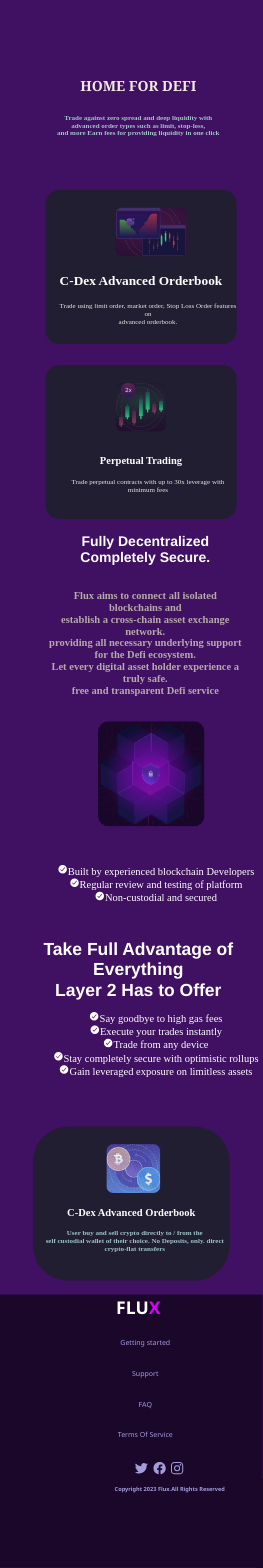
Repository: Tobby004/Flux-figma
Page: index.html
An editor plug-in stored every save of this project. The page is shown before and after the next save, followed by the edit.
The browser window is 375 px wide. The pictures show the part of the page from y = 428 to 2668 px (the page is 2668 px tall before and 2636 px after), at 70% of full size.

Above is the page before, as saved 2023-04-30 10:07:07.

### index.html
<!DOCTYPE html>
<html lang="en">
<head>
    <meta charset="UTF-8">
    <meta http-equiv="X-UA-Compatible" content="IE=edge">
    <meta name="viewport" content="width=device-width, initial-scale=1.0">
    <title>Flux Template</title>
    <link rel="stylesheet" href="style.css">
</head>
<body>
    <header>
    <div class="logo">FLU<b>X</b></div>
    <div class="hamburger">
        <div class="line"></div>
        <div class="line"></div>
        <div class="line"></div>
   </div>
    <nav class="nav-bar">
        <ul>
            <li><a href="" class="active">Home</a></li>
            <li><a href="#">Dashboard</a></li>
            <li><a href="#">Referrals</a></li>
            <li><a href="#">About Us</a></li>
            <button>Connect Wallet</button>
        </ul>
        </nav>
    </header>
    <br><br>
    <h4>UNIFIED PRODUCT, SIMPLIFIED TRADING</h4>
    <h2> A Fully Decentralized Perpetual <br>Exchange </h2>
    <p>An Extended Decentralized Exchange With First Ever <br>C-Dex Protocol</p>
    <div class="button">
        <input type="button" value="Start Trading">
        <input type="button" value="Add Liquidity">
    </div>
<br>
<br>
<div class="section1">
    <h4>HOME FOR DEFI</h4>
    <p>Trade against zero spread and deep liquidity with<br> advanced order types such as limit, stop-loss,<br> and more Earn fees for providing liquidity in one click</p>
</div>
<br><br>
<div class="box">
    <div class="box1">
       <img src="img1.jpg">
  <h3>C-Dex Advanced Orderbook</h3>
  <p>Trade using limit order, market order, Stop Loss Order features on <br>advanced orderbook.</p>
    </div>
    <div class="box2">
        <img src="img2.jpg">
        <h3>Perpetual Trading</h3>
        <p>Trade perpetual contracts with up to 30x leverage with minimum fees</p>
    </div>
</div>
<section>
    <h1>Fully Decentralized <br>Completely Secure.</h1>
    <h6>Flux aims to connect all isolated blockchains and <br>establish a cross-chain asset exchange network.<br>providing all necessary underlying support for the Defi ecosystem.<br> Let every digital asset holder experience a truly safe.<br>free and transparent Defi service</h6>
    <img src="IMG3.jpg">
</section>
    <checkbox>
       <a><ion-icon name="checkmark-circle"></ion-icon>Built by experienced blockchain Developers</i></a>
       <a><ion-icon name="checkmark-circle"></ion-icon>Regular review and testing of platform</a>
       <a><ion-icon name="checkmark-circle"></ion-icon>Non-custodial and secured</a>
       </checkbox>
    <h1>Take Full Advantage of Everything <br>Layer 2 Has to Offer</h1>
    <checkbox>
        <a><ion-icon name="checkmark-circle"></ion-icon>Say goodbye to high gas fees</a>
        <a><ion-icon name="checkmark-circle"></ion-icon>Execute your trades instantly</a>
        <a><ion-icon name="checkmark-circle"></ion-icon>Trade from any device</a>
        <a><ion-icon name="checkmark-circle"></ion-icon>Stay completely secure with optimistic rollups</a>
        <a><ion-icon name="checkmark-circle"></ion-icon>Gain leveraged exposure on limitless assets</a>
    </checkbox>
   <div class="boxing">
    <div class="box3">
        <img src="img5.jpg">
        <h3>C-Dex Advanced Orderbook</h3>
        <p>User buy and sell crypto directly to / from the <br>self custodial wallet of their choice. No Deposits, only. direct crypto-flat transfers</p>
    </div>
   </div>
    <div class="container">
        <h1>FLU<b>X<b/></h1>
        <ul>
        <li><a href="#">Getting started</a></li>
        <li><a href="#">Support</a></li>
        <li><a href="#">FAQ</a></li>
        <li><a href="#">Terms Of Service</a></li>
     <icon1>
    <ion-icon name="logo-twitter"></ion-icon>
    <ion-icon name="logo-facebook"></ion-icon>
    <ion-icon name="logo-instagram"></ion-icon>
    </icon>
    <li><p>Copyright 2023 Flux.All Rights Reserved</p></li>
</ul>
</div>
</body>
<script type="module" src="https://unpkg.com/ionicons@7.1.0/dist/ionicons/ionicons.esm.js"></script>
<script src="nav.js"></script>
</html>

### style.css
*{
    box-sizing: border-box;
    text-decoration: none;
    list-style: none;
}
body {
    margin: 0;
    padding: 0;
    background-color: rgb(64, 16, 98);
}
header {
    width: 100%;
    display: flex;
    height: 70px;
    justify-content: space-between;
    align-items: center;
    padding:0 90px;
    background-color: rgb(72, 27, 128);
    color: white;
    font-weight: bold;
}
header  b {
    color: rgb(216, 0, 255);
}
.logo {
    font-size: 35px;
    font-weight: bold;
    font-family: 'Gill Sans', 'Gill Sans MT', Calibri, 'Trebuchet MS', sans-serif;
}
.hamburger{
    display: none;
    margin-left: 30px;
}
.nav-bar ul {
    display: flex;
}
.nav-bar ul li a{
    display: block;
    color: rgb(172, 132, 203);
    font-size: 15px;
    padding: 10px 25px;
    border-radius: 40px;
    transition: 0.5s;
    margin: 0 5px;
}
.nav-bar ul li a:hover{
    color: bisque;
    background: blueviolet;
}
.nav-bar ul li a.active{
    color: white;
    background: cadetblue;
}
header button {
    background:rgb(151, 1, 201);
    border-radius: 7px;
    border: none;
    height: 50px;
    color: white;
}
h4 {
    margin-top: 100px;
    text-align: center;
    color: rgb(226, 117,252);
}
h2 {
    text-align: center;
    font-size: 50px;
    font: 600px;
    font-family: 'Franklin Gothic Medium', 'Arial Narrow', Arial, sans-serif;
    color: white;
}
p {
    text-align: center;
    color: rgb(248, 225, 225);
}
.button {
    display: flex;
    padding: 10px;
    gap: 10px;
    justify-content: center;
}
input[type="button"]{
    padding: 20px;
    width: 150px;
    border-radius: 9px;
    border: none;
    color: white;
    background-color: rgb(144, 6, 189);
}
 div h4 {
    color: rgb(241, 235, 227);
    font-size: 40px;
    font-weight: lighter;

}
 div p {
    color: rgb(158, 197, 197);
    font-size: 20px;
    font-weight: lighter;
}
.box {
    margin: auto;
    display: flex;
    gap: 20px;
    margin-left: 100px;
}
.box1{
    height: 290px;
    width: 580px;
    background-color: rgb(33, 30, 49);
    border-radius: 20px;
}
.box1 h3 {
    text-align: center;
    color: white;
    font-size: 25px;
    margin-top: 20px;
}
.box1 p {
    text-align: center;
    color: rgb(225, 236, 225);
}
.box1 img{
    margin-top: 25px;
    height: 120px;
    border-radius: 10px;
    margin-left: 200px;
}
.box2 {
    height: 290px;
    width: 580px;
    background-color: rgb(33, 30, 49);
    border-radius: 20px;
}
.box2 h3{
    text-align: center;
    font-size: 25px;
    color: white;
    margin-top: 30px;
}
.box2 p {
    text-align: center;
    color: rgb(225, 236, 225);
}
.box2 img {
    margin-top: 25px;
    height: 120px;
    border-radius: 10px;
   margin-left: 200px;
}
section h1 {
    margin-left: 70px;
    color: white;
    font-size: 50px;
    margin-top: 100px;
}
section img{
    height: 350px;
    border-radius: 15px;
    border: none;
   margin-left: 100px;
   margin-bottom: 50px;
}
section h6 {
    color: rgb(182, 170, 170);
    font-size: 20px;
    margin-left: 70px;
}

checkbox a {
    display: block;
    font-size: 20px;
    position: relative;
    color: white;
    margin-left: 70px;
}

h1 {
    color: white;
    font-size: 50px;
    margin-top: 50px;
    margin-left: 70px;
}
.boxing{
    margin-top: 70px;
}
.box3 {
    margin-bottom: 300px;
    margin: auto;
    height: 320px;
    width: 980px;
    border-radius: 50px;
    border: none;
    background: rgb(33, 30, 49);
}
.box3 img {
  margin-top: 25px;
  height: 80px;
  margin-left: 400px;
  border-radius: 10px;
}
.box3 h3{
    text-align: center;
    color: white;
    font-size: 25px
}
.container{
    height: 390px;
    margin-right: auto;
    margin-left: auto;
    background: rgb(26, 7, 41);
}
.container h1 {
    margin-top: 20px;
    color: white;
    text-align: center;
    font-family: 'Segoe UI', Tahoma, Geneva, Verdana, sans-serif;
}
.container b {
    color: rgb(218, 0, 255);
    font-family: 'Segoe UI', Tahoma, Geneva, Verdana, sans-serif;
}
.container ul {
    margin: auto;
    text-align: center;

}
.container li {
    display: inline;
    text-align: center;
}
.container a {
    text-decoration: none;
    font-size: 20px;
    padding: 10px;
    color: rgb(163, 157, 221);
}
.container icon1 {
    display: flex;
    gap: 8px;
    margin-top: 20px;
    margin-left: 40px;
    color: rgb(163, 157, 221);
    font-size: 30px;
}
.container li p {
    color: rgb(163, 157, 221);
    font-size: 20px;
    margin-left: 50px;
}


@media only screen  and (max-width:500px)
{
 h4 {
    font-size: 12px;
    text-align: center;
    font-weight: bolder;
 }
 h2 {
    font-size: 20px;
    text-align: center;
    margin-right: 20px;

 }
 input[type="button"]{
    padding: 17px;
    display: flex;
    justify-content: center;
    width: 28%;
 }
div h4 {
    font-size: 20px;
    text-align: center;
    font-weight: bolder;
    margin-left: 20px;
    font-family: Georgia, 'Times New Roman', Times, serif;
}
p {
    font-size: 10px;
    text-align: center;
}
 div p {
    font-size: 10px;
    text-align: center;
    font-weight: bolder;
    margin-left: 20px;
 }
 .box {
    display: inline-block;
    margin-inline: 20px;
    gap: 30px;
    margin-left: auto;
    margin-right: auto;
 }
 .box1{
    margin-top: 30px;
    height: 220px;
    width: 75%;
    margin-left: 65px;
}
 .box1 img {
    height: 70px;
    margin-left: 100px;
}
 .box1 h3{
   font-size: 19px;
}
 .box1 p{
    font-size: 10px;
    font-weight: lighter;
}
 .box2 {
    margin-top: 30px;
    height: 220px;
    width: 75%;
    margin-left: 65px;
}
 .box2 img {
   height: 70px;
   margin-left: 100px;
}
 .box2 h3 {
   font-size: 15px;
}
 .box2 p {
   font-size: 10px;
   font-weight: lighter;
}
 section img {
    height: 150px;
    margin-left: 140px;
}
 section h1 {
    margin-top: 20px;
    text-align: center;
    font-size: 20px;
    margin-top: 20px;
    margin-right: 30px;
}
 section h6 {
    font-size: 15px;
    text-align: center;
    margin-right: 30px;
}
 h1 {
    font-size: 25px;
    font-family: 'Franklin Gothic Medium', 'Arial Narrow', Arial, sans-serif;
    margin-left: 20px;
    text-align: center;
}
 checkbox a {
    font-size: 15px;
    margin-top: ;
    text-align: center;
}
 .box3 {
    height: 220px;
    width: 75%;
}
.box3 img {
    height: 70px;
    margin-left: 105px;
}
.box3 h3 {
    font-size: 15px;
    text-align: center;
}
.box3 p{
   font-size: 10px;
   margin-left: 10px;
}
.container li a{
    display: block;
    font-weight: lighter;
    margin-bottom: 10px;
    font-size: 10px;
}
.container icon1{
    display: block;
    font-size: 20px;
}
.container li p {
    margin-right: 20px;
    font-size: 8px;
}
@media only screen and (max-width: 1200px) {
    header {
        padding: 0 50px;
    }
}

@media only screen and (max-width: 800px) {
    header {
        padding: 0 30px;
    }
}
@media only screen and (max-width: 900px) {
    .hamburger {
        display: block;
        cursor: pointer;
    }
    .hamburger .line {
        width: 30px;
        height: 3px;
        background: white;
        margin: 3px 0;
    }
    .nav-bar{
     height: 0;
     position: absolute;
     top: 80px;
     left: 0;
     right: 0;
     width: 100vm;
     background: #11101b;
     transition: 0.25s;
     overflow: hidden;
    }
    .nav-bar .active{
        height: 500px;
    }
    .nav-bar ul {
        display: block;
        width: fit-content;
        margin: 60px auto 0 auto;
        text-align: center;
        transition: 0.5s;
        opacity: 0;
    }
    .nav-bar .active ul{
        opacity: 1;
    }
    .nav-bar ul li a {
        margin-bottom: 12px;
        color: blue;
    }
}

}

### nav.js
function toggleMobileMenu(menu){
   menu.classlist.toggle("open");
}

After the next save:
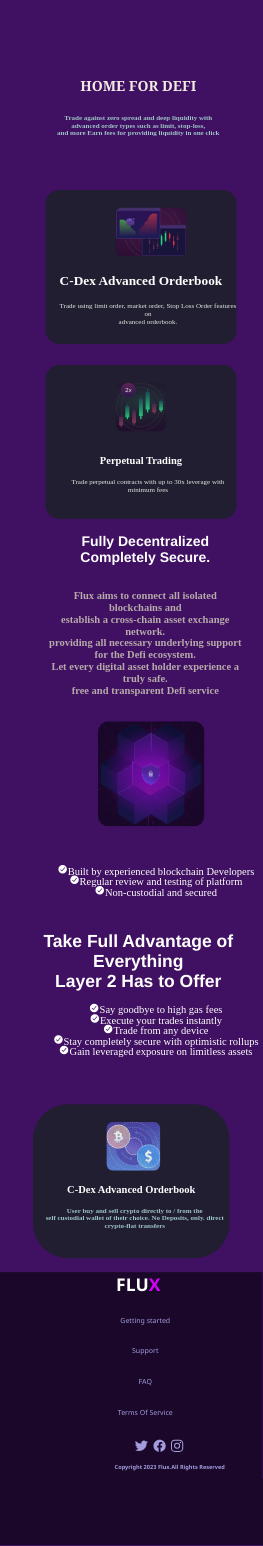
Saved 95 s later.
--- a/style.css
+++ b/style.css
@@ -352,7 +352,7 @@ p {
 }
  checkbox a {
     font-size: 15px;
-    margin-top: ;
+    line-height: 10px;
     text-align: center;
 }
  .box3 {
